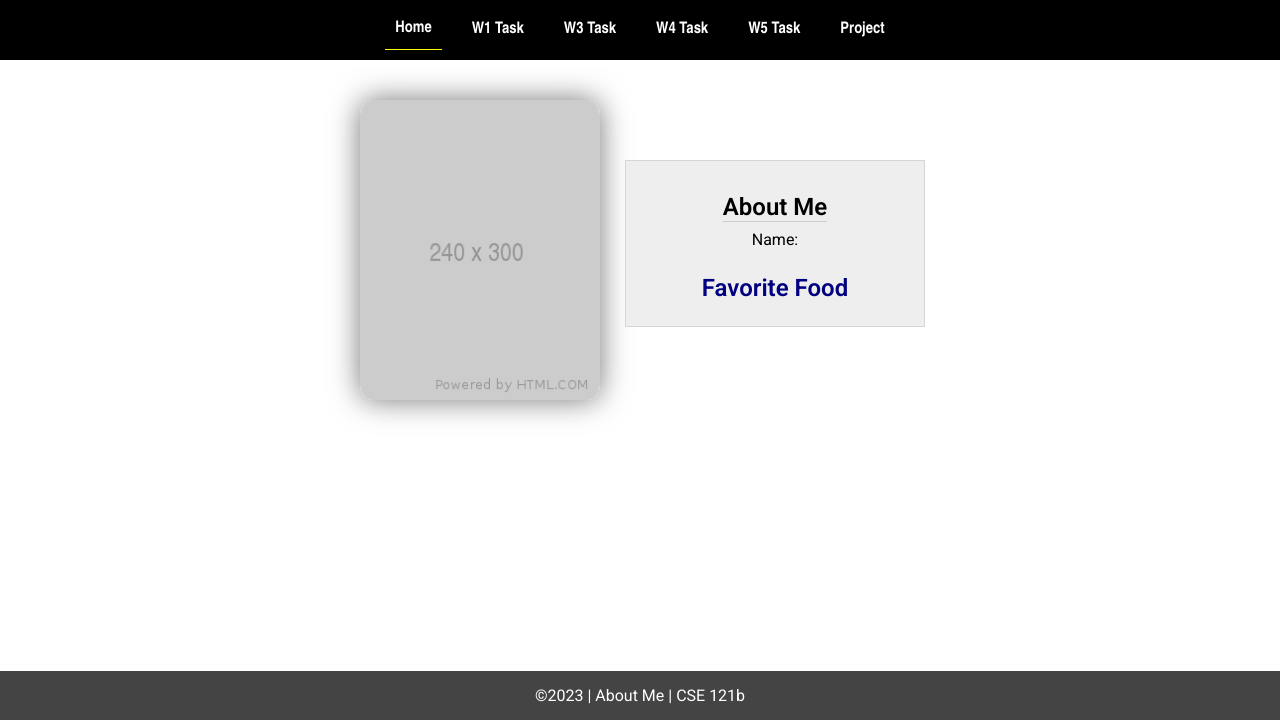
Repository: mszakutumela/cse121b
Page: index.html
The author's editor kept a copy of each file at every save. The page is drawn from the files as they stood at one save, then again after the next save.
The browser window is 1280 px wide. The pictures show the whole page.

Above is the page before, as saved 2023-10-07 15:47:10.
Console error: SyntaxError: Identifier 'fullName' has already been declared

### index.html
<!DOCTYPE html>
<html lang="en">

<head>
  <meta charset="UTF-8">
  <meta name="viewport" content="width=device-width, initial-scale=1.0">
  <title>About Me | CSE 121b | W02: Programming Tasks</title>
  <link rel="preconnect" href="https://fonts.googleapis.com">
  <link rel="preconnect" href="https://fonts.gstatic.com" crossorigin>
  <link href="https://fonts.googleapis.com/css2?family=Roboto:wght@400;600&display=swap"
    rel="stylesheet">
  <link rel="stylesheet" href="styles/main.css">
</head>

<body>
  <nav>
    <ul id="menu">
      <li><a id="toggleMenu">&equiv;</a></li>
      <li><a href="index.html" class="active">Home</a></li>
      <li><a href="w01-task.html">W1 Task</a></li>
      <li><a href="w03-task.html">W3 Task</a></li>
      <li><a href="w04-task.html">W4 Task</a></li>
      <li><a href="w05-task.html">W5 Task</a></li>
      <li><a href="project.html">Project</a></li>
    </ul>
  </nav>
  <main id="home">
    <picture>
      <!-- <img src="images/20221109_183304.jpg" alt="Image_of_Me"> you must not change anything in this document-->
      <img src="images/placeholder.png" alt="Placeholder Image">
    </picture>
    <section>
      <h1>About Me</h1>
      <div class="info">Name: <span id="name"></span></div>
      <h2>Favorite Food</h2>
      <div class="block" id="food"></div>
    </section>
  </main>
  <footer>
    &copy;<span id="year"></span> | About Me | CSE 121b
  </footer>
  <script src="scripts/main.js"></script>
  <script src="scripts/w02-task.js"></script>
</body>

</html>

### styles/main.css
/* Universal Selector */
* {
    margin: 0;
    padding: 0;
    box-sizing: border-box;
}

/* HTML Selectors */
body {
    font-family: 'Roboto', Helvetica, sans-serif;
}

nav {
    background-color: black;
    width: 100%;
    position: fixed;
    top: 0;
}

nav ul {
    display: flex;
    flex-direction: column;
    align-items: center;
    max-width: -moz-fit-content;
    max-width: fit-content;
    margin: 0 auto;
}

nav ul li {
    flex: 1 1 auto;
}

nav ul li:first-child {
    display: block;
    font-size: 2rem;
}

nav ul li:first-child a {
    padding: 1px 10px;
}

nav ul li {
    display: none;
    list-style: none;
    margin: 10px;
}

nav ul li a {
    display: block;
    padding: 10px;
    text-decoration: none;
    font-weight: 600;
    color: white;
    text-align: center;
    font-family: 'Arial Narrow', Arial, sans-serif;
}

nav ul li a:hover {
    background-color: #efefef;
    color: black;
}

h1,
h2 {
    text-align: center;
    margin: 1rem 0 .5rem;
}

h1 {
    border-bottom: 1px solid #ccc;
}

#gridly h1 {
    margin-top: 80px;
}

h2 {
    font-size: 1.5rem;
    color: navy;
    text-align: center;
    margin-top: 25px;
}

h3 {
    font-size: 1.3rem;
    margin-bottom: 1rem;
}

header {
    margin-top: 70px;
}

picture {
    margin: 0 auto;
}

picture img {
    width: 240px;
    height: auto;
    border-radius: 5%;
    border: 1px solid #ccc;
    box-shadow: 0 0 30px #777;
}

section {
    display: flex;
    flex-direction: column;
    align-items: center;
    margin: 0 auto 1rem;
    border: 1px solid rgba(0, 0, 0, .1);
    padding: 1rem;
    background-color: #eee;
}

article {
    margin-bottom: 1rem;
}

article div {
    margin-bottom: .5rem;
    text-align: right;
}

label {
    padding: .35rem;
}

input {
    padding: .35rem;
}

input[type="button"] {
    padding: .5rem;
    background-color: #444;
    color: white;
    border: none;
    border-radius: 5px;
    cursor: pointer;
    width: 100%
}

input[type="checkbox"] {
    width: 25px;
    height: 25px;
}

dt {
    font-weight: 700;
}

dt::before {
    content: "🏘️ ";
}

dd {
    margin: 0 0 .5rem 2rem;
    font-size: smaller;
}

footer {
    background-color: #444;
    color: white;
    padding: 15px;
    text-align: center;
    width: 100%;
    position: fixed;
    bottom: 0;
}

/* Class Selectors */
.active {
    border-bottom: 1px solid yellow;
}

.open li {
    display: block;
}

.block {
    display: block;
}

.larger {
    font-size: larger;
    color: red;
}

.right {
    width: 100%;
    text-align: right;
}

.middle {
    display: flex;
    align-items: center;
    justify-content: right;
    gap: 1rem;
}

/* ID Selectors */

#home {
    margin-top: 125px;
    display: grid;
    grid-template-columns: 1fr;
    grid-gap: 20px;
    align-items: center;
    justify-content: center;
}


#section1 {
    background-color: rgb(225, 250, 225, .5);
}

#section2 {
    background-color: rgba(200, 200, 250, 0.5);

}

#section2 div {
    margin-bottom: 1rem;
}

#section3 {
    background-color: rgb(250, 225, 250, .5);
}

#sortBy {
    appearance: none;
    display: flex;
    padding: .5rem;
    background-color: #eee;
    color: #444;
    font-weight: 700;
    margin: 1rem auto;
    width: 200px;
    border: 1px solid rgba(0, 0, 0, .2);
    text-align: center;
}

#sortBy option:disabled {
    font-style: italic;
    padding: 1rem;
    background-color: #111;
    color: #eee;
}

#temples {
    display: grid;
    grid-template-columns: repeat(auto-fit, minmax(320px, 1fr));
    grid-gap: .5rem;
    align-items: center;
    margin-bottom: 3rem;
}

#temples article {
    height: 250px;
    margin: .5rem;
    border: 1px solid rgba(0, 0, 0, .1);
    padding: 1rem;
    background-color: #eee;
    display: flex;
    flex-direction: column;
    align-items: center;
    justify-content: center;
}

#temples h4 {
    color: navy;
    font-size: smaller;
}


#temples img {
    width: 250px;
    height: auto;
    box-shadow: 0 0 30px #777;
    margin: .5rem;
}

/* Media Queries */
@media only screen and (min-width: 32.5em) {
    nav ul {
        flex-direction: row;
    }

    nav ul li:first-child {
        display: none;
    }

    nav ul li {
        display: block;
    }

    section {
        min-width: 300px;
    }

    #home {
        margin: 100px auto 20px;
        grid-template-columns: 250px 1fr;
        max-width: -moz-fit-content;
        max-width: fit-content;
    }

    #task3 {
        display: grid;
        grid-template-columns: 1fr 1fr;
        grid-gap: 5px;
        margin: 0 auto;
        max-width: 950px;
    }

}

### scripts/w02-task.js
/* W02-Task - Profile Home Page */

/* Step 1 - Setup type tasks - no code required */

/* Step 2 - Variables */
let fullName = "Ayanda Ndlovu";
let currentYear = new Date().getFullYear();
const profilePicture = "images/20221109_183304.jpg"

/* Step 3 - Element Variables */
const nameElement = document.getElementById('name');
const foodElement = document.getElementById('food');
const yearElement = document.querySelector('#year');
const imageElement = document.querySelector('img');

/* Step 4 - Adding Content */
nameElement.innerHTML = `<strong>${fullName}</strong>`;
yearElement.textContent = `${currentYear}`;
// imageElement.setAttribute('scr', profilePicture);
// imageElement.setAttribute('alt', profilePicture);
// imageElement.setAttribute('title', profilePicture);

/* Step 5 - Array */
let favoriteFoods = ['Spinach', 'Carrots', 'Chicken', 'Couscous', 'Butternut'];
foodElement.innerHTML = `${favoriteFoods}`;
let anotherSingleFood = ['Green Apples'];
favoriteFoods.push(anotherSingleFood);
foodElement.innerHTML += `<br>${favoriteFoods}`;
favoriteFoods.pop(0);
foodElement.innerHTML += `<br>${favoriteFoods}`;
favoriteFoods.pop();
foodElement.innerHTML += `<br>${favoriteFoods}`;

// _________________________________________________________________________



/* Step 5 - Array */
//let favFoods = ["pozole","entomatadas","mole","menudo", ];
/*let favFoods = ["pozole "," entomatadas "," mole "," menudo "];
let foodElement1=document.getElementById('food');
let text = favFoods.join();
let item = foodElement1.innerHTML =` <strong>${text}</strong>`;
   console.log(item);

//const fruits = ["Banana", "Orange", "Apple", "Mango"];
//let text = fruits.join();
//console.log(text);
//foodElement1.innerHTML = favFoods.join(',');
//console.log('soy ',foodElement1);
//let newFavoriteFood = "beans" ;
*/
/* Step 1 - Setup type tasks - no code required */

/* Step 2 - Variables */
let fullName ="Augusto Achá";
let currentYear = new Date();
const profilePicture ="images/augusto.jpg";
/* Step 3 - Element Variables */
let nameElement = document.getElementById('name');
nameElement.innerHTML = `<strong>${fullName}</strong>`;
nameElement.style.fontSize='16px';
nameElement.style.padding='1rem';

let foodElement = document.getElementById('food');
let yearElement = document.querySelector('#year');
/* Step 4 - Adding Content */
//Who returns an HTML collection? (HTML collection is an array)
//The getElementsByTagName() Method
//The getElementsByClassName() Method
//The children Property
//https://www.w3schools.com/jsref/dom_obj_htmlcollection.asp
let img_ = document.getElementsByTagName('img');
let imageElement = img_[0].setAttribute('src', profilePicture);
img_[0].setAttribute('alt', `${profilePicture}`);
img_[0].setAttribute('title', `${profilePicture}`);
/* Step 5 - Array */
let array = ['chicken soup','meat balls','rice','tacos'];
let anotherFavoriteFood = 'pasta';

let elements = array.length;

array.map( (item, index)=>{ //mapping each element. Index the element
                           //check the last element and replace the , for the '.'
                           index < elements-1 ? foodElement.innerHTML +=`<strong>${item}</strong>, `: foodElement.innerHTML +=` <strong>${item}</strong>.<br>`;
                          });
array.push(anotherFavoriteFood);

array.map( (item, index)=>{
    index < elements ? foodElement.innerHTML +=`<em> ${item}</em>,`: foodElement.innerHTML +=` ${item}.<br>`;
   });

array.shift();
array.map( (item, index)=>{
    index < elements-1 ? foodElement.innerHTML +=`<em> ${item}</em>,`: foodElement.innerHTML +=` ${item}.<br>`;
   });

array.pop();
array.map( (item, index)=>{
    index < elements-2 ? foodElement.innerHTML +=`<em>${item}</em>, `: foodElement.innerHTML +=` ${item}.<br>`;
   });

Loaded but not shown: scripts/main.js (common file)

After the next save:
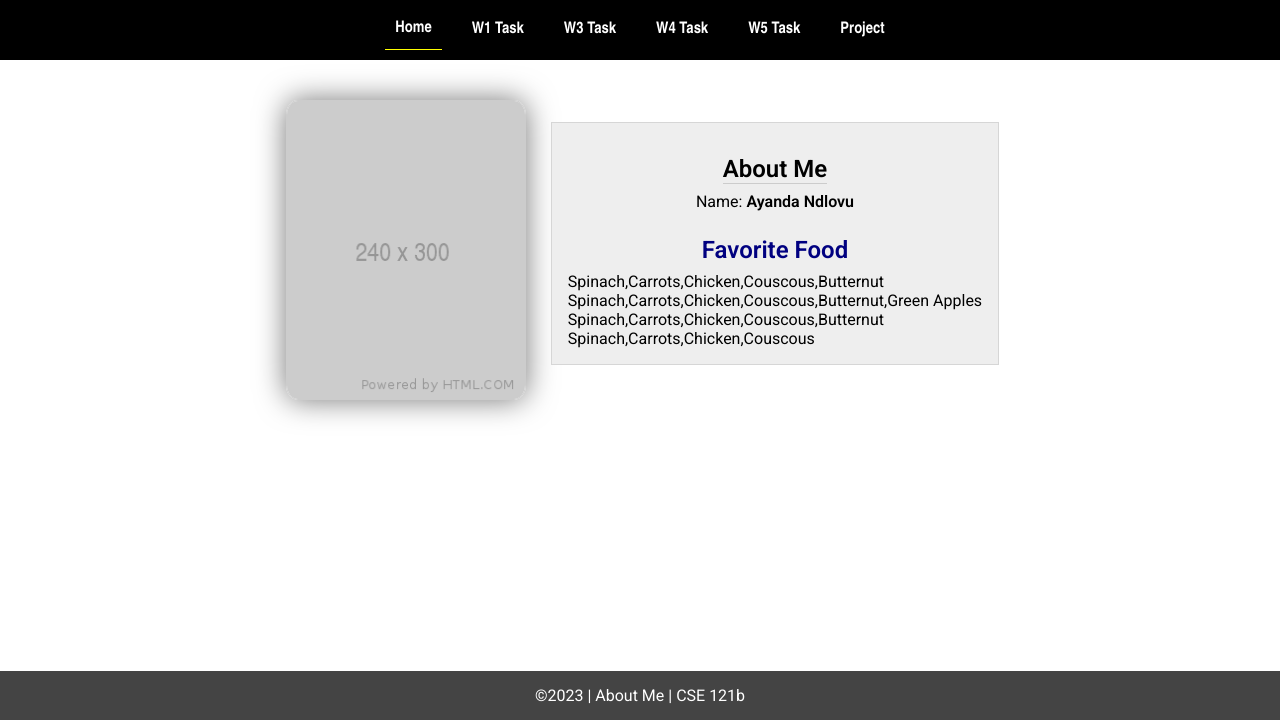
The error is gone.
Saved 25 s later.
--- a/scripts/w02-task.js
+++ b/scripts/w02-task.js
@@ -35,67 +35,67 @@ foodElement.innerHTML += `<br>${favoriteFoods}`;
 
 
 
-/* Step 5 - Array */
-//let favFoods = ["pozole","entomatadas","mole","menudo", ];
-/*let favFoods = ["pozole "," entomatadas "," mole "," menudo "];
-let foodElement1=document.getElementById('food');
-let text = favFoods.join();
-let item = foodElement1.innerHTML =` <strong>${text}</strong>`;
-   console.log(item);
+// /* Step 5 - Array */
+// //let favFoods = ["pozole","entomatadas","mole","menudo", ];
+// /*let favFoods = ["pozole "," entomatadas "," mole "," menudo "];
+// let foodElement1=document.getElementById('food');
+// let text = favFoods.join();
+// let item = foodElement1.innerHTML =` <strong>${text}</strong>`;
+//    console.log(item);
 
-//const fruits = ["Banana", "Orange", "Apple", "Mango"];
-//let text = fruits.join();
-//console.log(text);
-//foodElement1.innerHTML = favFoods.join(',');
-//console.log('soy ',foodElement1);
-//let newFavoriteFood = "beans" ;
-*/
-/* Step 1 - Setup type tasks - no code required */
+// //const fruits = ["Banana", "Orange", "Apple", "Mango"];
+// //let text = fruits.join();
+// //console.log(text);
+// //foodElement1.innerHTML = favFoods.join(',');
+// //console.log('soy ',foodElement1);
+// //let newFavoriteFood = "beans" ;
+// */
+// /* Step 1 - Setup type tasks - no code required */
 
-/* Step 2 - Variables */
-let fullName ="Augusto Achá";
-let currentYear = new Date();
-const profilePicture ="images/augusto.jpg";
-/* Step 3 - Element Variables */
-let nameElement = document.getElementById('name');
-nameElement.innerHTML = `<strong>${fullName}</strong>`;
-nameElement.style.fontSize='16px';
-nameElement.style.padding='1rem';
+// /* Step 2 - Variables */
+// let fullName ="Augusto Achá";
+// let currentYear = new Date();
+// const profilePicture ="images/augusto.jpg";
+// /* Step 3 - Element Variables */
+// let nameElement = document.getElementById('name');
+// nameElement.innerHTML = `<strong>${fullName}</strong>`;
+// nameElement.style.fontSize='16px';
+// nameElement.style.padding='1rem';
 
-let foodElement = document.getElementById('food');
-let yearElement = document.querySelector('#year');
-/* Step 4 - Adding Content */
-//Who returns an HTML collection? (HTML collection is an array)
-//The getElementsByTagName() Method
-//The getElementsByClassName() Method
-//The children Property
-//https://www.w3schools.com/jsref/dom_obj_htmlcollection.asp
-let img_ = document.getElementsByTagName('img');
-let imageElement = img_[0].setAttribute('src', profilePicture);
-img_[0].setAttribute('alt', `${profilePicture}`);
-img_[0].setAttribute('title', `${profilePicture}`);
-/* Step 5 - Array */
-let array = ['chicken soup','meat balls','rice','tacos'];
-let anotherFavoriteFood = 'pasta';
+// let foodElement = document.getElementById('food');
+// let yearElement = document.querySelector('#year');
+// /* Step 4 - Adding Content */
+// //Who returns an HTML collection? (HTML collection is an array)
+// //The getElementsByTagName() Method
+// //The getElementsByClassName() Method
+// //The children Property
+// //https://www.w3schools.com/jsref/dom_obj_htmlcollection.asp
+// let img_ = document.getElementsByTagName('img');
+// let imageElement = img_[0].setAttribute('src', profilePicture);
+// img_[0].setAttribute('alt', `${profilePicture}`);
+// img_[0].setAttribute('title', `${profilePicture}`);
+// /* Step 5 - Array */
+// let array = ['chicken soup','meat balls','rice','tacos'];
+// let anotherFavoriteFood = 'pasta';
 
-let elements = array.length;
+// let elements = array.length;
 
-array.map( (item, index)=>{ //mapping each element. Index the element
-                           //check the last element and replace the , for the '.'
-                           index < elements-1 ? foodElement.innerHTML +=`<strong>${item}</strong>, `: foodElement.innerHTML +=` <strong>${item}</strong>.<br>`;
-                          });
-array.push(anotherFavoriteFood);
+// array.map( (item, index)=>{ //mapping each element. Index the element
+//                            //check the last element and replace the , for the '.'
+//                            index < elements-1 ? foodElement.innerHTML +=`<strong>${item}</strong>, `: foodElement.innerHTML +=` <strong>${item}</strong>.<br>`;
+//                           });
+// array.push(anotherFavoriteFood);
 
-array.map( (item, index)=>{
-    index < elements ? foodElement.innerHTML +=`<em> ${item}</em>,`: foodElement.innerHTML +=` ${item}.<br>`;
-   });
+// array.map( (item, index)=>{
+//     index < elements ? foodElement.innerHTML +=`<em> ${item}</em>,`: foodElement.innerHTML +=` ${item}.<br>`;
+//    });
 
-array.shift();
-array.map( (item, index)=>{
-    index < elements-1 ? foodElement.innerHTML +=`<em> ${item}</em>,`: foodElement.innerHTML +=` ${item}.<br>`;
-   });
+// array.shift();
+// array.map( (item, index)=>{
+//     index < elements-1 ? foodElement.innerHTML +=`<em> ${item}</em>,`: foodElement.innerHTML +=` ${item}.<br>`;
+//    });
 
-array.pop();
-array.map( (item, index)=>{
-    index < elements-2 ? foodElement.innerHTML +=`<em>${item}</em>, `: foodElement.innerHTML +=` ${item}.<br>`;
-   });
+// array.pop();
+// array.map( (item, index)=>{
+//     index < elements-2 ? foodElement.innerHTML +=`<em>${item}</em>, `: foodElement.innerHTML +=` ${item}.<br>`;
+//    });
